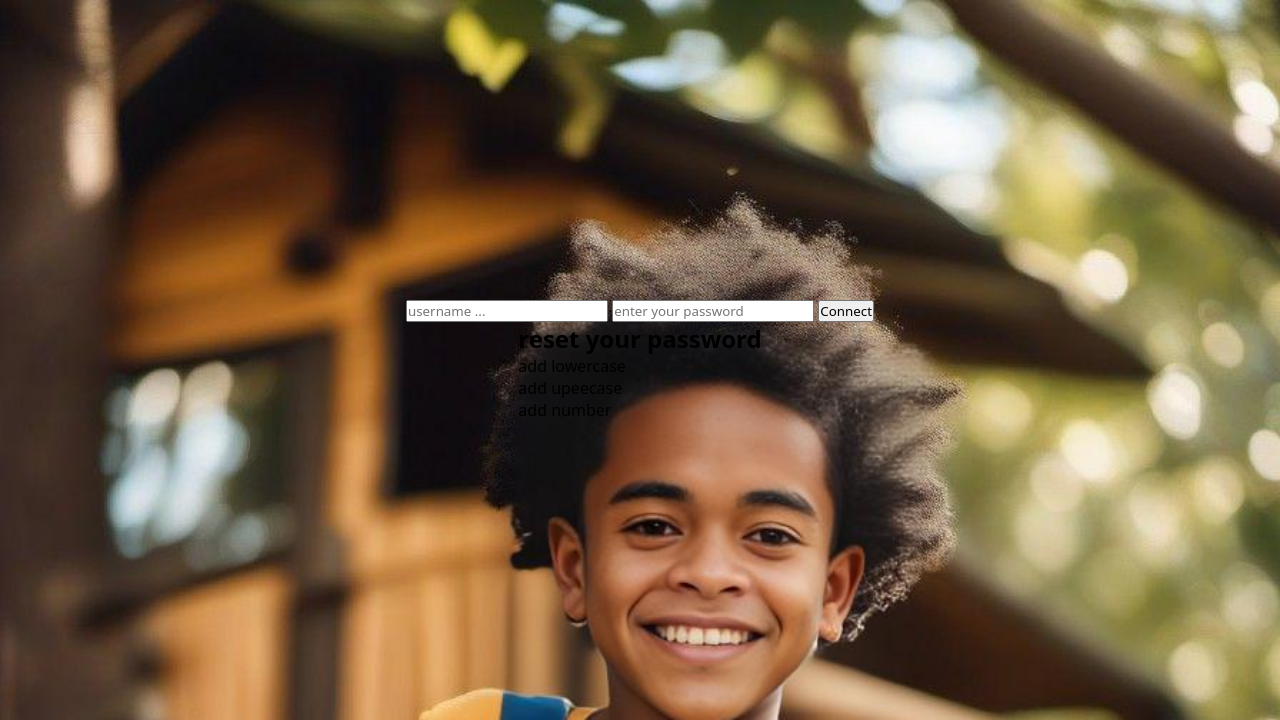
Repository: beva3/javaScrypt
Page: filter/index.html
These files come from the project's save history. The page is drawn as it stood at one moment and after the next save; the edit follows.
The browser window is 1280 px wide. The pictures show the whole page.

Above is the page before, as saved 2024-05-11 22:36:55.

### filter/index.html
<!DOCTYPE html>
<html lang="en">
<head>
    <meta charset="UTF-8">
    <link rel="stylesheet" href="style.css">
    <meta name="viewport" content="width=device-width, initial-scale=1.0">
    <title>filter</title>
</head>
<body>
    <div class="session">
        <form>
            <input type="text" placeholder="username ..." required >
            <input type="password"  id="passwd" placeholder="enter your password" required>
            <input type="submit" value="Connect">
        </form>
    </div>
    <div class="message">
        <h2>reset your password</h2>
        <p id="invalide" class="min">add lowercase</p>
        <p id="invalide" class="maj">add upeecase</p>
        <p id="invalide" class="number">add number</p>
    </div>
</body>
</html>

### filter/style.css
*{
    padding:0;
    margin: 0;
    box-sizing: border-box;
    font-family: system-ui, -apple-system, BlinkMacSystemFont, 'Segoe UI', Roboto, Oxygen, Ubuntu, Cantarell, 'Open Sans', 'Helvetica Neue', sans-serif;
}

body{
    min-height: 100vh;
    display: flex;
    flex-direction: column;
    justify-content: center;
    align-items: center;
    background: url('./raphael.jpg');
    background-repeat: no-repeat;
    background-size: cover;
    background-position:b;
}

After the next save:
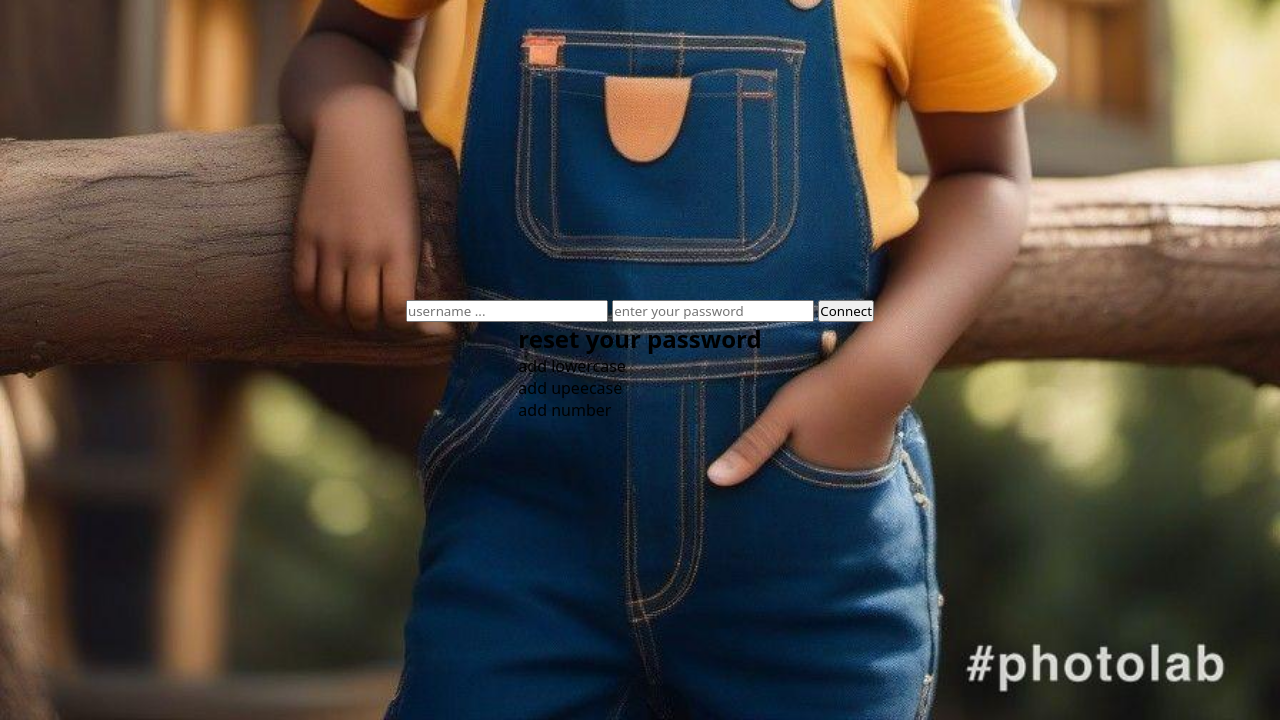
Saved 4 s later.
--- a/filter/style.css
+++ b/filter/style.css
@@ -14,5 +14,5 @@
     background: url('./raphael.jpg');
     background-repeat: no-repeat;
     background-size: cover;
-    background-position:b;
+    background-position:bottom;
 }

After the save that followed:
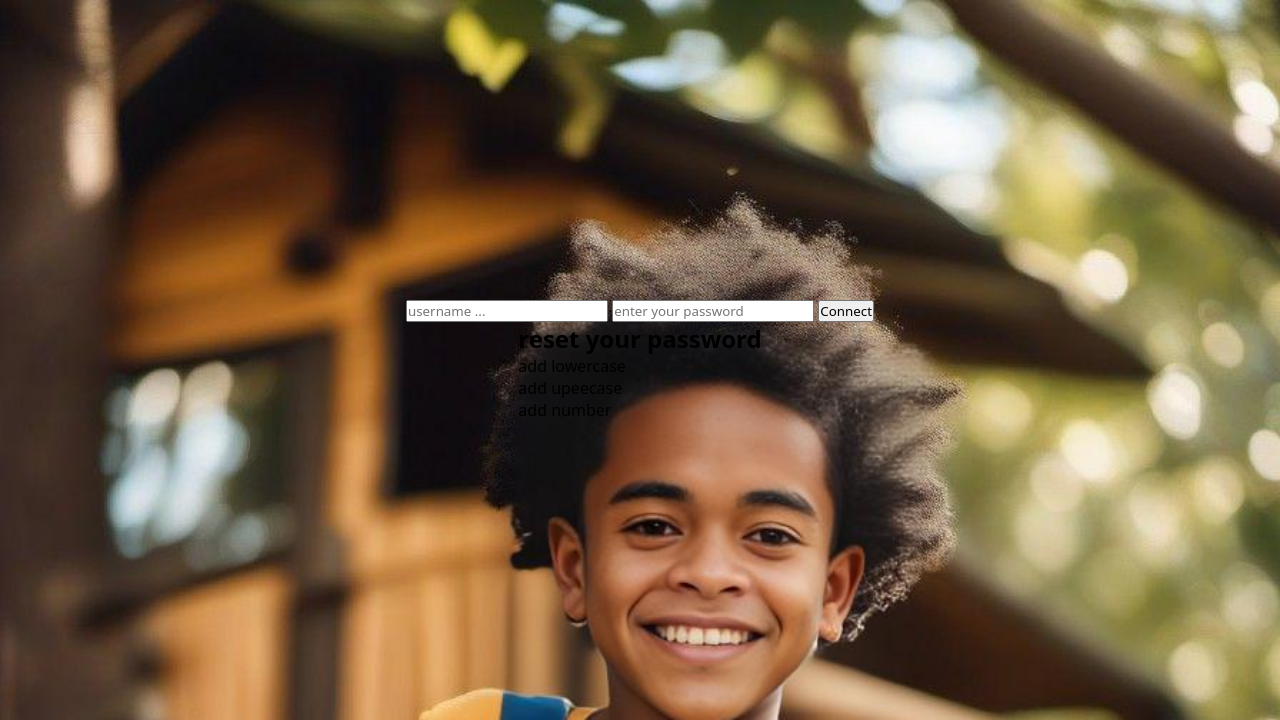
Saved 18 s later.
--- a/filter/style.css
+++ b/filter/style.css
@@ -14,5 +14,4 @@
     background: url('./raphael.jpg');
     background-repeat: no-repeat;
     background-size: cover;
-    background-position:bottom;
 }
